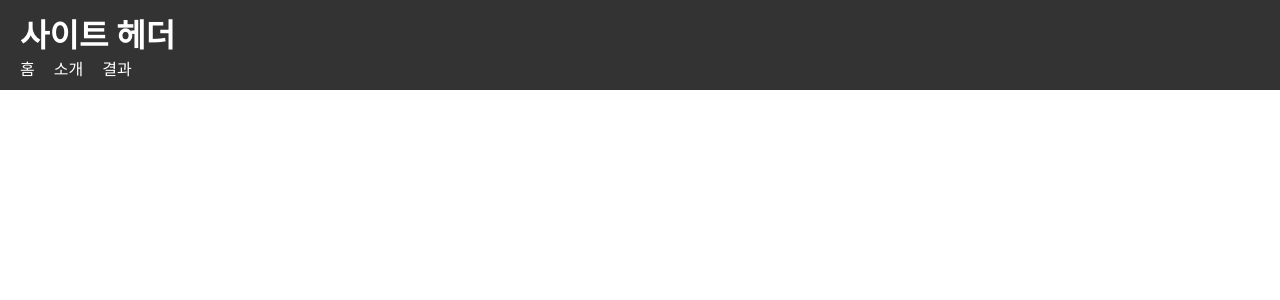
Repository: HwangEojin/homework
Page: http://localhost/day02/footer.jsp
An editor plug-in stored every save of this project. The page is shown before and after the next save, followed by the edit.
The browser window is 1280 px wide. The pictures show the whole page.
The page is served by Tomcat 9.

Above is the page before, as saved 2025-01-13 07:20:17.

After the next save:
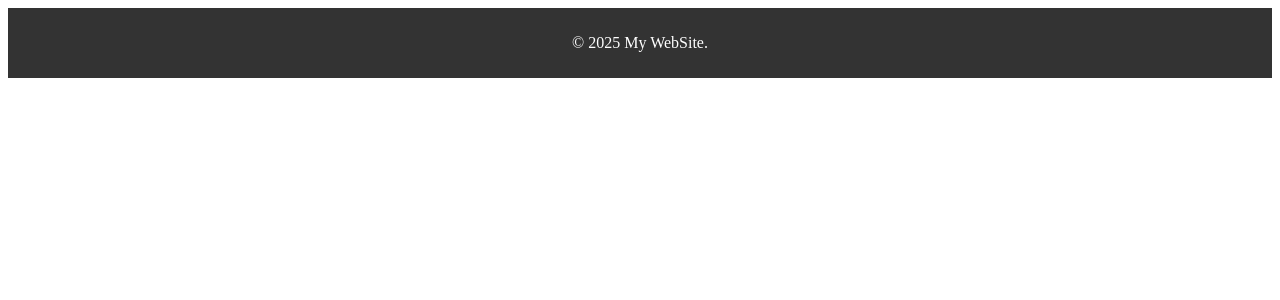
Saved 3 min 43 s later.
--- a/week09/day02/src/main/webapp/footer.jsp
+++ b/week09/day02/src/main/webapp/footer.jsp
@@ -6,31 +6,19 @@
 <meta charset="UTF-8">
 <title>Insert title here</title>
 <style>
-* {
-	margin: 0;
-	padding: 0;
-}
-
-.header {
-	background-color: #333;
-	color: white;
-	padding: 10px 20px;
-}
-.header a{
+.footer{
+	background-color : #333;
 	color : white;
-	text-decoration : none;
-	margin-right : 15px;
+	padding : 10px 20px;
+	text-align :center;
+	fixed : bottom;
 }
 </style>
 
 </head>
 <body>
-	<div class=header>
-		<h1>사이트 헤더</h1>
-		<nav>
-			<a href="index.jsp">홈</a> <a href="about.jsp">소개</a> <a
-				href="forwardResult.jsp">결과</a>
-		</nav>
+	<div class="footer">
+		<p>&copy; 2025 My WebSite.
 	</div>
 
 </body>
